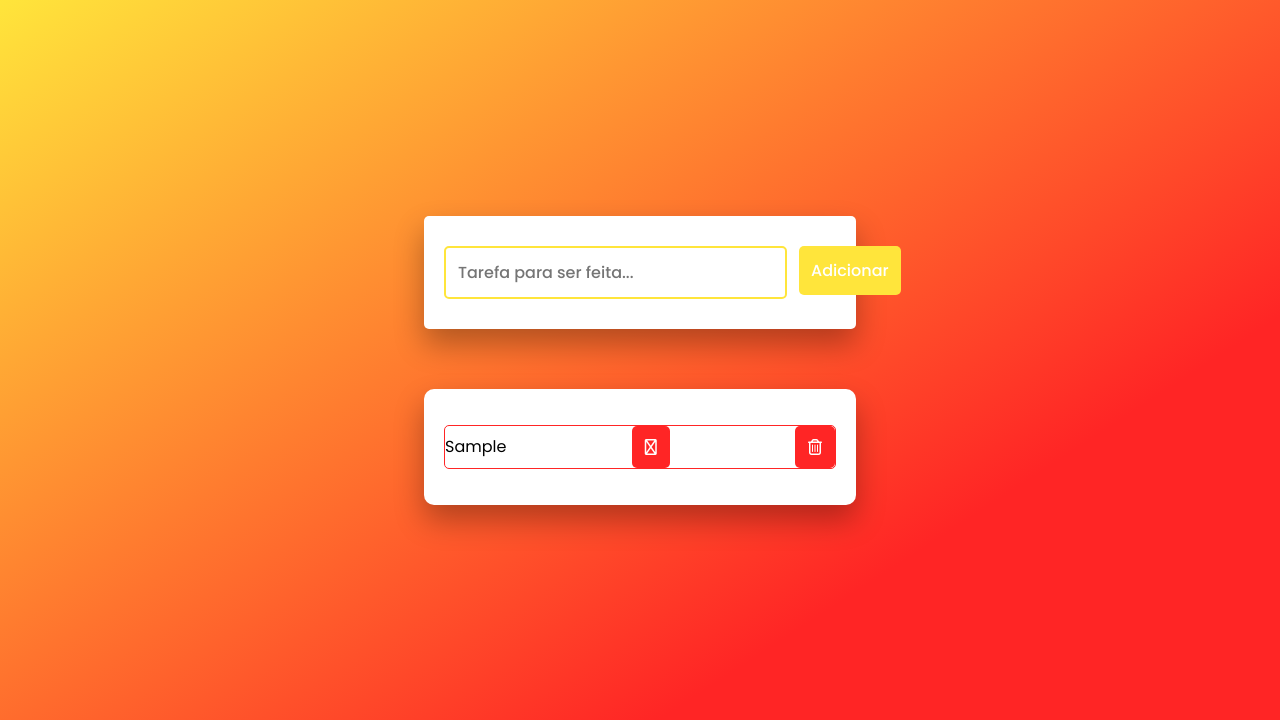
Repository: PetersonAntonyDev/python-flask-
Page: index.html
These files come from the project's save history. The page is drawn as it stood at one moment and after the next save; the edit follows.
The browser window is 1280 px wide. The pictures show the whole page.
Empty fields were first filled with sample values (such as "Sample", 5 or name@example.com).
After loading, the first visible `button.new-task-button` was clicked once.
Some icons come from a web library that is not loaded, so they are not drawn. Some web libraries are served in a nearby version.

Above is the page before, as saved 2022-07-26 14:06:36.

### index.html
<!DOCTYPE html>
<html lang="en">

<head>
    <meta charset="UTF-8" />
    <meta http-equiv="X-UA-Compatible" content="IE=edge" />
    <meta name="viewport" content="width=device-width, initial-scale=1.0" />
    <title>EM PROGRESSO - Lista de Tarefas</title>
    <link rel="preconnect" href="https://fonts.googleapis.com" />
    <link rel="preconnect" href="https://fonts.gstatic.com" crossorigin />
    <link href="https://fonts.googleapis.com/css2?family=Poppins:wght@400;500;700&display=swap" rel="stylesheet" />
    <link rel="stylesheet" href="/style.css" />
</head>

<body>
    <div class="container">
        <div class="new-task-container">
            <input type="text" class="new-task-input" placeholder="Tarefa para ser feita..." />

            <button class="new-task-button">Adicionar</button>
        </div>

        <div class="tasks-container"></div>
    </div>

    <script src="https://kit.fontawesome.com/f9e19193d6.js" crossorigin="anonymous"></script>
    <script src="/script.js"></script>
</body>

</html>

### style.css
* {
    margin: 0;
    padding: 0;
    box-sizing: border-box;
    font-family: "Poppins", sans-serif;
  }

  body {
    height: 100vh;
    background-color: #FFE53B;
    background-image: linear-gradient(147deg, #FFE53B 0%, #FF2525 74%);
    display: flex;
    align-items: center;
    justify-content: center;
  }

  .container {
    border-radius: 20px;
    padding: 30px 40px;
    width: 40%;
    min-width: 500px;
  }

  .new-task-container {
    background-color: #fff;
    padding: 30px 20px;
    border-radius: 5px;
    box-shadow: 0 15px 30px rgba(0, 0, 0, 0.3);
    display: flex;
  }

  .new-task-container input {
    flex: 3;
    font-size: 1rem;
    border: 2px solid #FFE53B;
    border-radius: 5px;
    padding: 12px;
    font-weight: 500;
    color: #FF2525;
  }

  .new-task-container input:focus {
    outline: none;
    border-color: #FFE53B;
  }

  .new-task-button {
    flex: 1;
    border-radius: 5px;
    font-weight: 500;
    height: 100%;
    font-size: 1rem;
    border: none;
    background-color: #FFE53B;
    color: #fff;
    padding: 12px;
    margin-left: 12px;
    cursor: pointer;
  }

  .new-task-button:hover {
    background-color: #FF2525;
    color: #fff;
    transition: all .5s;
  }

  .tasks-container {
    background-color: #fff;
    padding: 30px 20px;
    margin-top: 60px;
    border-radius: 10px;
    box-shadow: 0 15px 30px rgba(0, 0, 0, 0.3);
    width: 100%;

  }

  .task-item {
    display: flex;
    justify-content: space-between;
    align-items: center;
    margin-bottom: 6px;
    margin-top: 6px;
    border: #FF2525 1px solid;
    border-radius: 5px;
  }

  .task-item i {
    background-color: #FF2525;
    color: #fff;
    padding: 13px;
    border-radius: 5px;
    flex-wrap: wrap;
  }

  .task-item i:hover {
    cursor: pointer;
  }

  /* Utilities */
  .error {
    border: 2px solid red !important;
  }

  .error::placeholder {
    color: red;
  }

  .completed {
    text-decoration: line-through;
  }

### script.js
const inputElement = document.querySelector(".new-task-input");
const addTaskButton = document.querySelector(".new-task-button");

const tasksContainer = document.querySelector(".tasks-container");

const validateInput = () => inputElement.value.trim().length > 0;

const handleAddTask = () => {
    const inputIsValid = validateInput();

    console.log(inputIsValid);

    if (!inputIsValid) {
        return inputElement.classList.add("error");
    }

    const taskItemContainer = document.createElement("div");
    taskItemContainer.classList.add("task-item");

    const taskContent = document.createElement("p");
    taskContent.innerText = inputElement.value;

    taskContent.addEventListener("click", () => handleClick(taskContent));

    const deleteItem = document.createElement("i");
    deleteItem.classList.add("far");
    deleteItem.classList.add("fa-trash-alt");

    deleteItem.addEventListener("click", () =>
        handleDeleteClick(taskItemContainer, taskContent)
    );

    const RefreshItem = document.createElement("i");
    RefreshItem.classList.add("far");
    RefreshItem.classList.add("fa-pen");

    RefreshItem.addEventListener("click", () =>
        handleRefreshClick(taskItemContainer, taskContent)
    );

    taskItemContainer.appendChild(taskContent);
    taskItemContainer.appendChild(RefreshItem);
    taskItemContainer.appendChild(deleteItem);

    tasksContainer.appendChild(taskItemContainer);

    inputElement.value = "";

    updateLocalStorage();
};

const handleClick = (taskContent) => {
    const tasks = tasksContainer.childNodes;

    for (const task of tasks) {
        const currentTaskIsBeingClicked = task.firstChild.isSameNode(taskContent);

        if (currentTaskIsBeingClicked) {
            task.firstChild.classList.toggle("completed");
        }
    }

    updateLocalStorage();
};

const handleDeleteClick = (taskItemContainer, taskContent) => {
    const tasks = tasksContainer.childNodes;

    for (const task of tasks) {
        const currentTaskIsBeingClicked = task.firstChild.isSameNode(taskContent);

        if (currentTaskIsBeingClicked) {
            taskItemContainer.remove();
        }
    }

    updateLocalStorage();
};

const handleInputChange = () => {
    const inputIsValid = validateInput();

    if (inputIsValid) {
        return inputElement.classList.remove("error");
    }
};

const updateLocalStorage = () => {
    const tasks = tasksContainer.childNodes;

    const localStorageTasks = [...tasks].map((task) => {
        const content = task.firstChild;
        const isCompleted = content.classList.contains("completed");

        return { description: content.innerText, isCompleted };
    });

    localStorage.setItem("tasks", JSON.stringify(localStorageTasks));
};

const refreshTasksUsingLocalStorage = () => {
    const tasksFromLocalStorage = JSON.parse(localStorage.getItem("tasks"));

    if (!tasksFromLocalStorage) return;

    for (const task of tasksFromLocalStorage) {
        const taskItemContainer = document.createElement("div");
        taskItemContainer.classList.add("task-item");

        const taskContent = document.createElement("p");
        taskContent.innerText = task.description;

        if (task.isCompleted) {
            taskContent.classList.add("completed");
        }

        taskContent.addEventListener("click", () => handleClick(taskContent));

        const deleteItem = document.createElement("i");
        deleteItem.classList.add("far");
        deleteItem.classList.add("fa-trash-alt");

        deleteItem.addEventListener("click", () =>
            handleDeleteClick(taskItemContainer, taskContent)
        );

        taskItemContainer.appendChild(taskContent);
        taskItemContainer.appendChild(deleteItem);

        tasksContainer.appendChild(taskItemContainer);
    }
};

refreshTasksUsingLocalStorage();

addTaskButton.addEventListener("click", () => handleAddTask());

inputElement.addEventListener("change", () => handleInputChange());

After the next save:
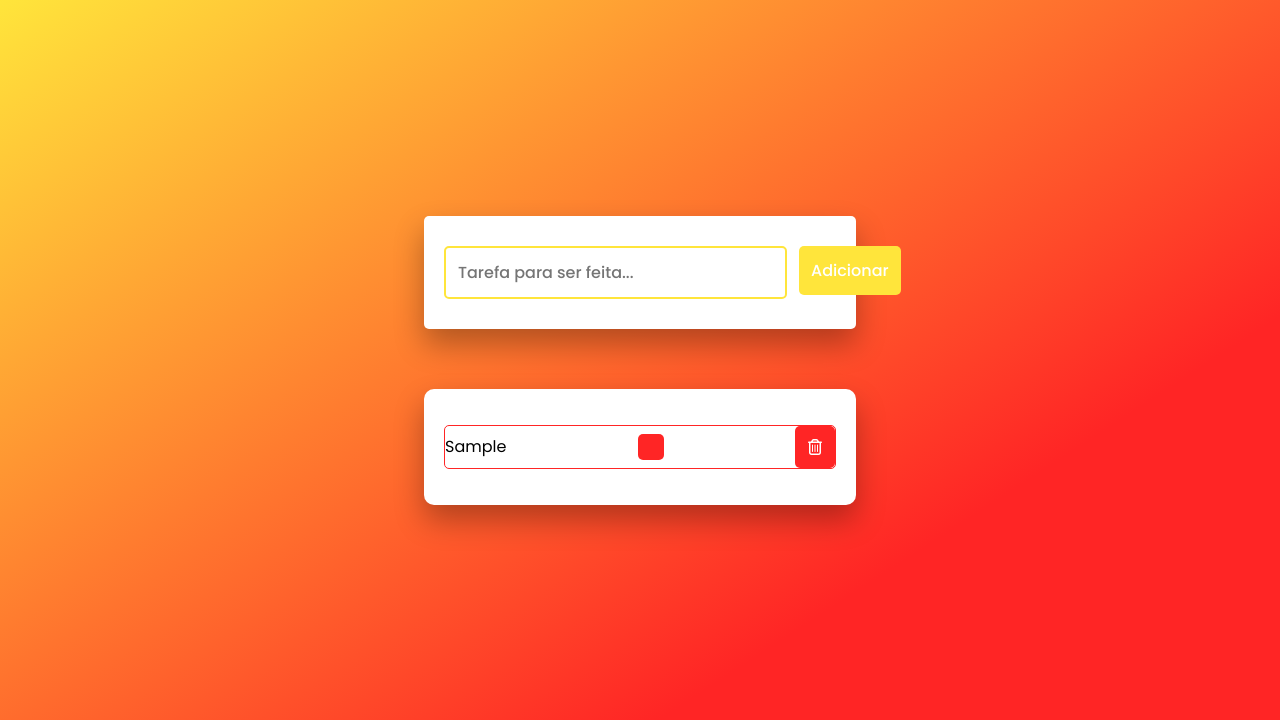
Saved 2 min 36 s later.
--- a/script.js
+++ b/script.js
@@ -32,7 +32,7 @@ const handleAddTask = () => {
 
     const RefreshItem = document.createElement("i");
     RefreshItem.classList.add("far");
-    RefreshItem.classList.add("fa-pen");
+    RefreshItem.classList.add("fa-pen-solid");
 
     RefreshItem.addEventListener("click", () =>
         handleRefreshClick(taskItemContainer, taskContent)
